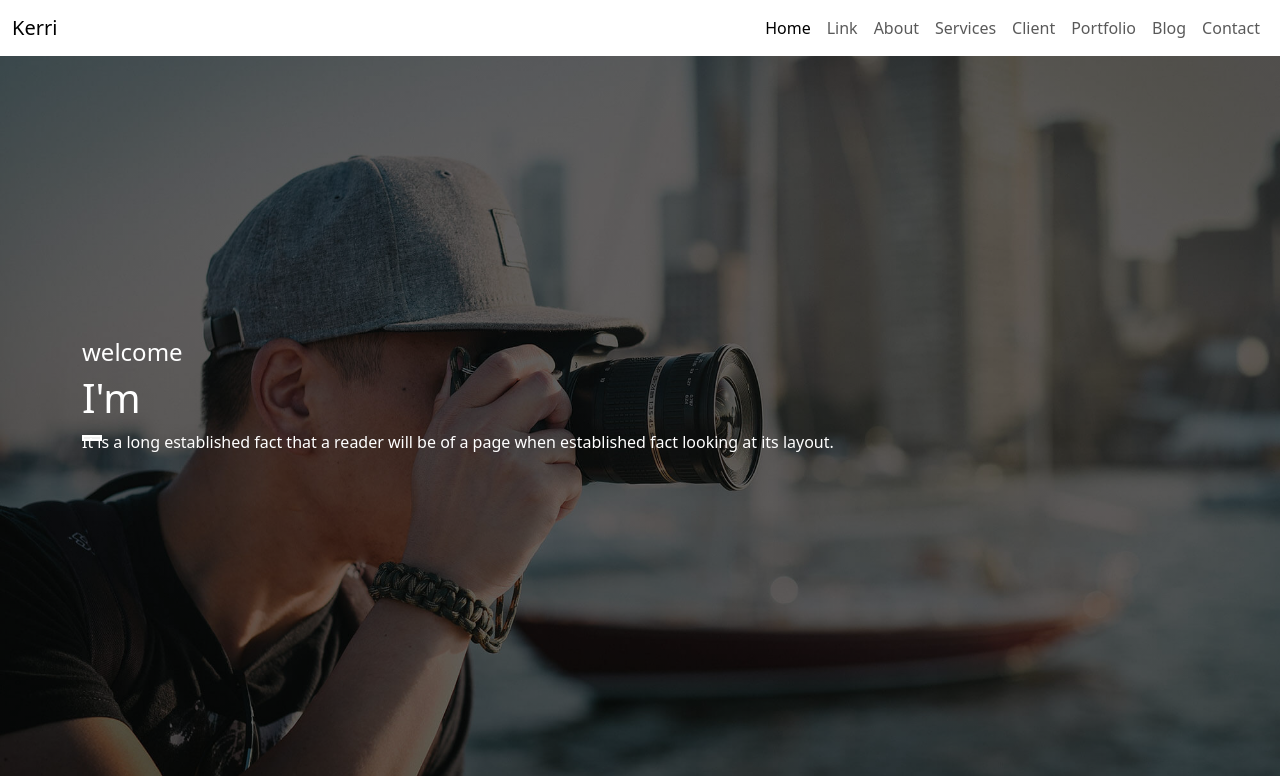
Repository: khaledradwan96/Kerri
Page: index.html
The author's editor kept a copy of each file at every save. The page is drawn from the files as they stood at one save, then again after a run of saves.
The browser window is 1280 px wide. The pictures show the whole page.

Above is the page before, as saved 2024-05-06 20:10:41.

After the next 2 saves:
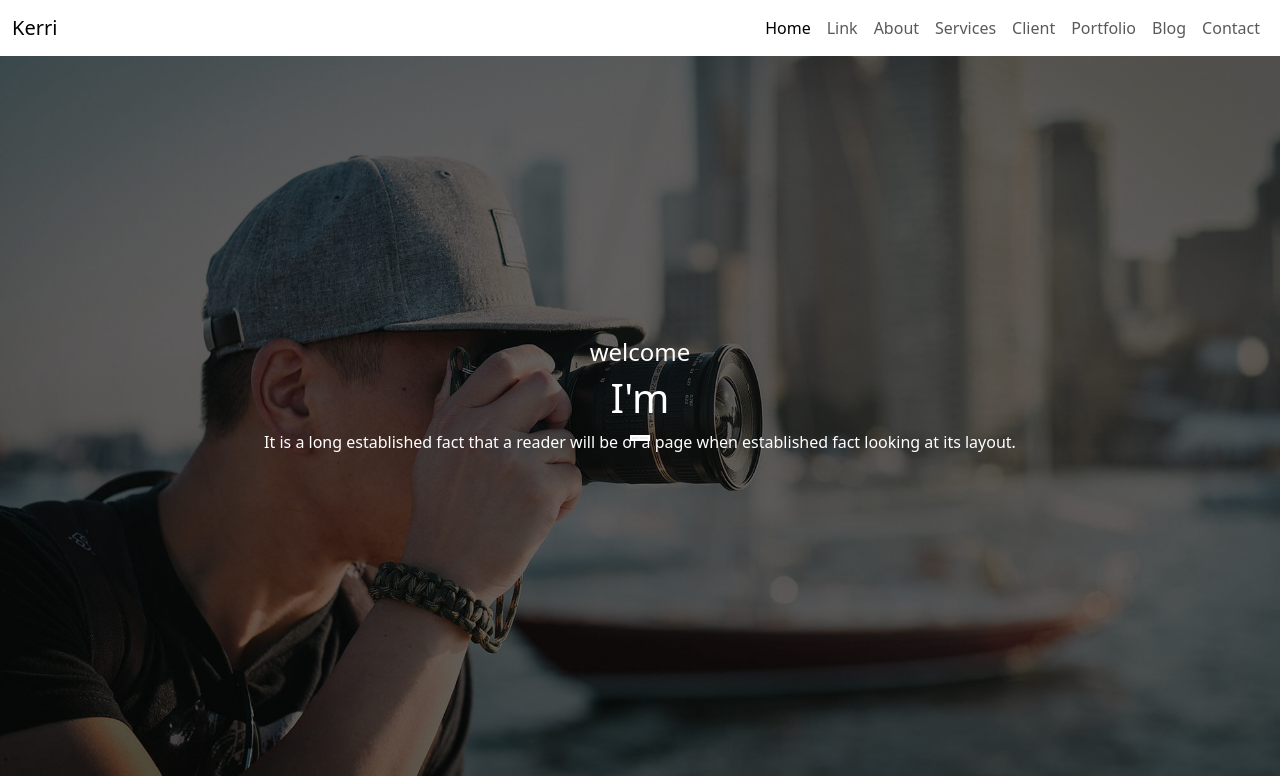
The 2 saves are shown as one change because they came seconds apart.
The last was saved 8 s later.
--- a/index.html
+++ b/index.html
@@ -53,7 +53,7 @@
             </div>
     </nav>
 
-    <header class="position-relative vh-100 text-white d-flex align-items-center text">
+    <header class="position-relative vh-100 text-white d-flex align-items-center text-center">
 
         <div class="container">
             <h4>welcome</h4>
